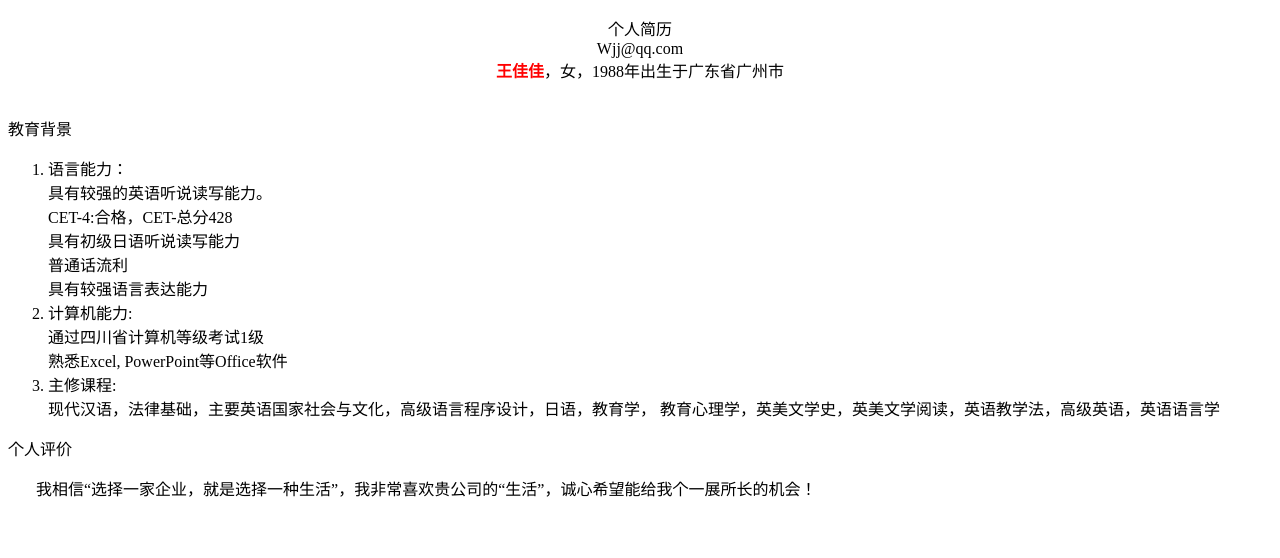
Repository: sheep9590/Test
Page: http://localhost/Prj03/
The author's editor kept a copy of each file at every save. The page is drawn from the files as they stood at one save, then again after the next save.
The browser window is 1280 px wide. The pictures show the whole page.
The page is served by Tomcat 9.

Above is the page before, as saved 2021-09-02 15:47:08.

After the next save:
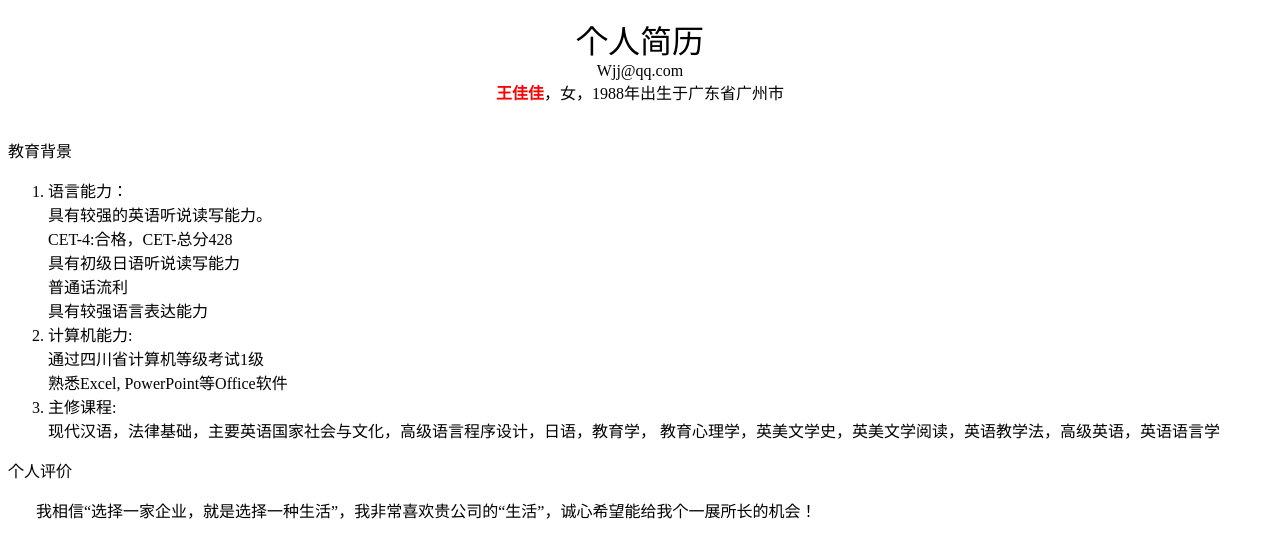
Saved 63 s later.
--- a/eclipse-workspace/Prj03/WebRoot/index.jsp
+++ b/eclipse-workspace/Prj03/WebRoot/index.jsp
@@ -7,7 +7,7 @@
 <title>我的第一个 HTML 页面</title>
 </head>
 <body>
-<p align="center"><font face="楷体_GB2312" size="3">个人简历</font><br>
+<p align="center"><font face="楷体_GB2312" size="+3">个人简历</font><br>
 Wjj@qq.com<br>
 <font color="#FF0000" face="仿宋_GB2312" size="3"><b>王佳佳</b></font>，女，1988年出生于广东省广州市</p><br>
 教育背景
